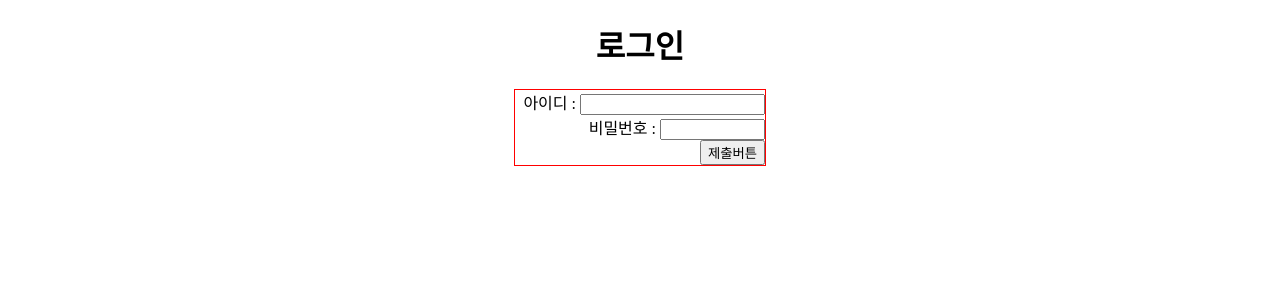
Repository: JaySurplusYoon/JSP_Servlet
Page: jsp01/WebContent/Human_info.html
These files come from the project's save history. The page is drawn as it stood at one moment and after the next save; the edit follows.
The browser window is 1280 px wide. The pictures show the whole page.

Above is the page before, as saved 2017-08-10 14:41:22.

After the next save:
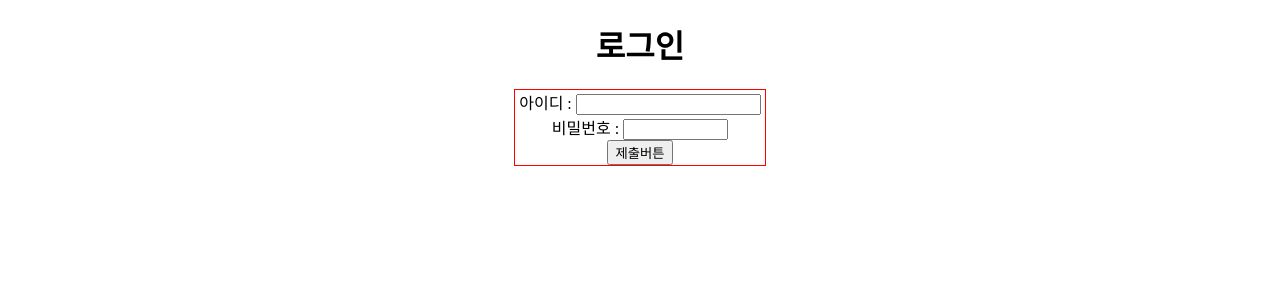
Saved 8 s later.
--- a/jsp01/WebContent/Human_info.html
+++ b/jsp01/WebContent/Human_info.html
@@ -5,7 +5,7 @@
 <title>회원정보</title>
 <style>
 	#loginFormArea{
-		text-align : right;
+		text-align : center;
 		width : 250px;
 		margin : auto;
 		border : 1px solid red;
